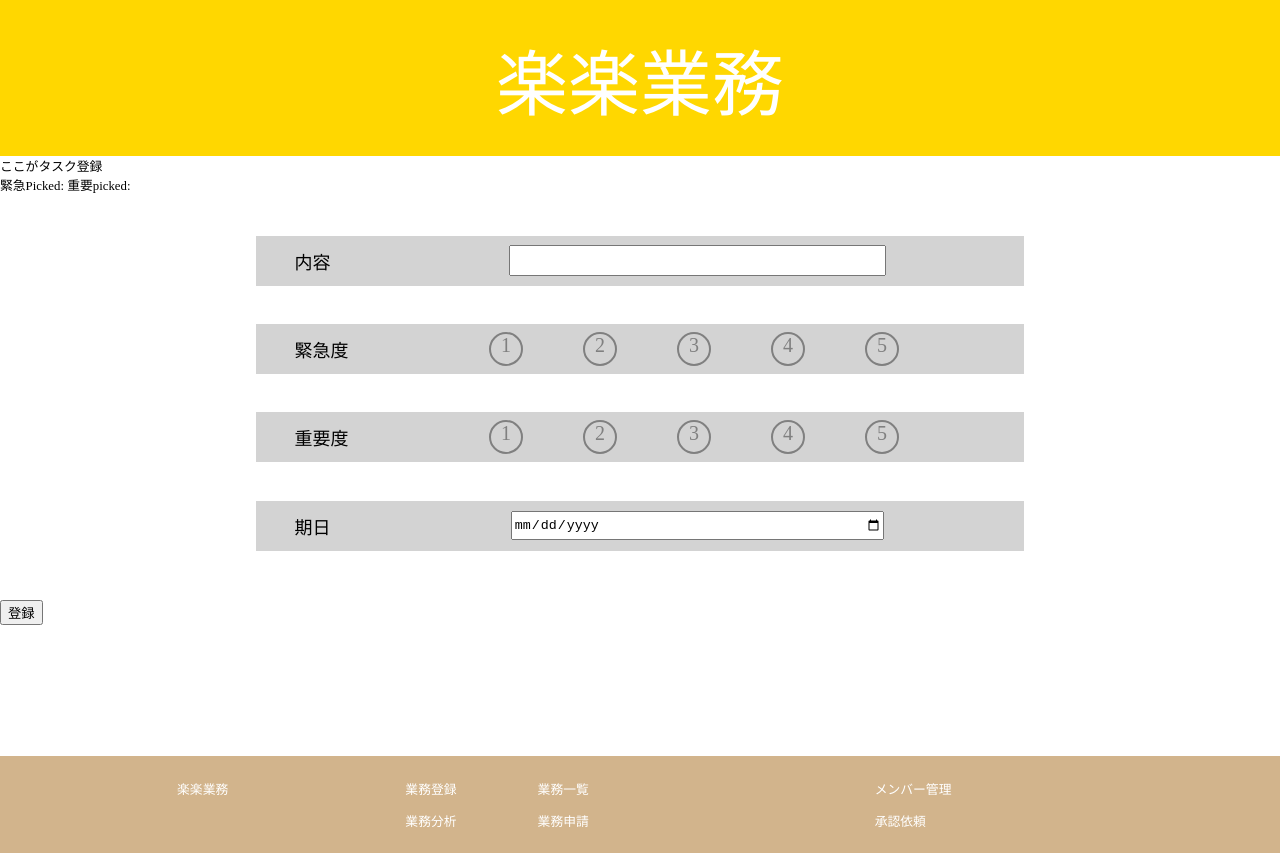
Repository: Reiya-1003/VueReplaceTask
Page: /#/register
These files come from the project's save history. The page is drawn as it stood at one moment and after the next save; the edit follows.
The browser window is 1280 px wide. The pictures show the whole page.
The project was rebuilt for these pictures with package versions that can differ from the ones it lists, and the page was loaded fresh each time. Also part of the build but not shown: vue.config.js, src/components/pages/PageHome.vue.

Above is the page before, as saved 2022-06-16 17:43:25.

After the next save:
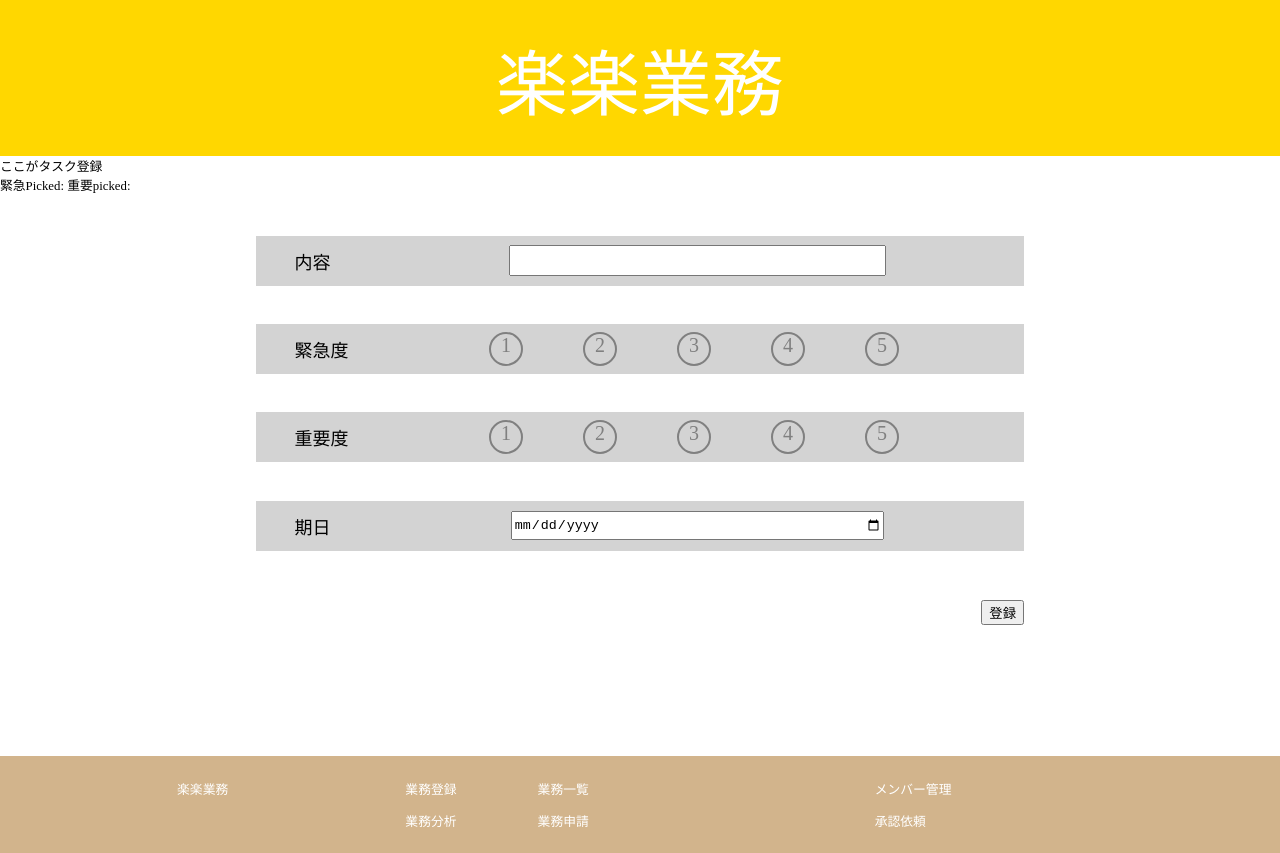
Saved 27 s later.
--- a/src/components/pages/PageRegister.vue
+++ b/src/components/pages/PageRegister.vue
@@ -161,5 +161,6 @@ label {
 
 .listbutton{
     width: 80%;
+    text-align: end;
   }
 </style>
